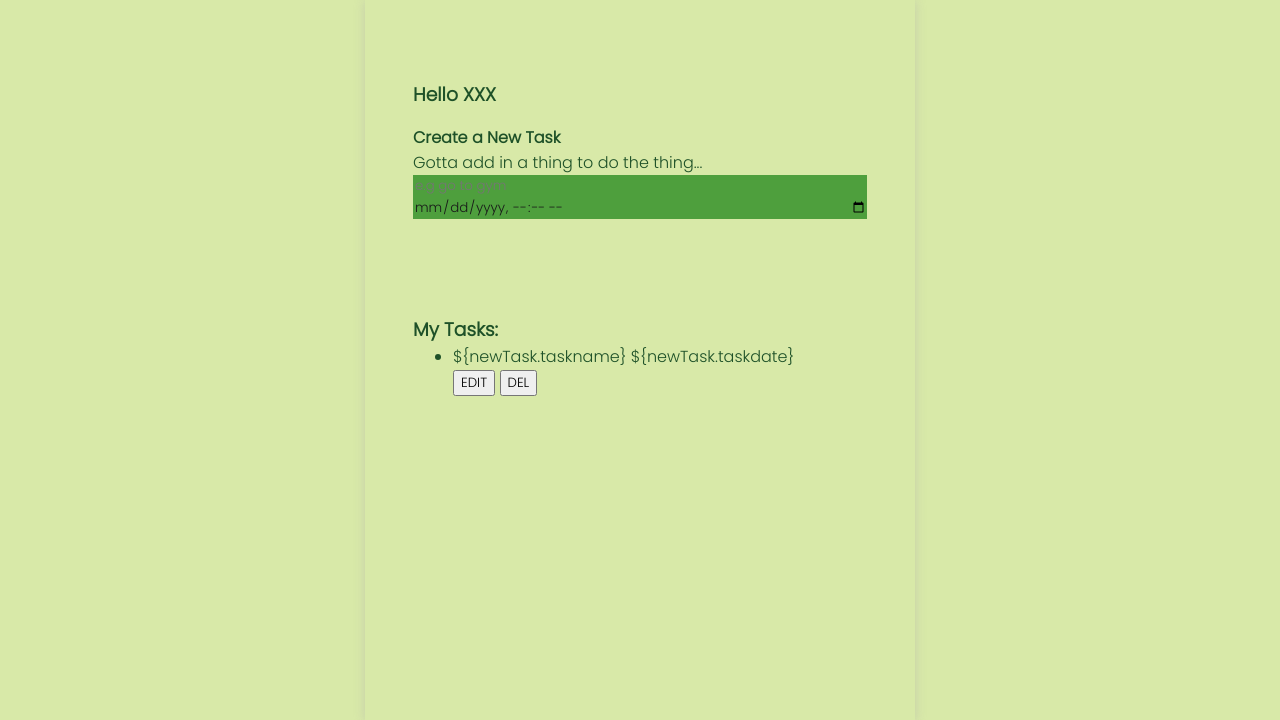
Repository: acidpixie/todo-app-version3
Page: index.html
An editor plug-in stored every save of this project. The page is shown before and after the next save, followed by the edit.
The browser window is 1280 px wide. The pictures show the whole page.

Above is the page before, as saved 2022-06-11 15:40:50.

### index.html
<!DOCTYPE html>
<html lang="en">
<head>
    <meta charset="UTF-8">
    <meta http-equiv="X-UA-Compatible" content="IE=edge">
    <meta name="viewport" content="width=device-width, initial-scale=1.0">
    <title>Todo Application</title>

    <link rel="stylesheet" type="text/css" href="/css/stylesheet.css">
    <script type="text/javascript" src="/js/script.js" defer></script>

    <!--google fonts - poppins-->
    <link rel="preconnect" href="https://fonts.googleapis.com">
    <link rel="preconnect" href="https://fonts.gstatic.com" crossorigin>
    <link href="https://fonts.googleapis.com/css2?family=Poppins:wght@200;300&display=swap" rel="stylesheet">


</head>
<body>

    <section>
        <header class="heading">
        <h3>Hello XXX</h3>
        </header>

        <div>
            <h4>Create a New Task</h4>
            <form>
                <label>Gotta add in a thing to do the thing...</label>
                <input type="text" id="input-task" placeholder="e.g go to gym">
                <input type="datetime-local" id="input-date">
                </label>
            </form>
       </div>
    </section>

    <section>
        <div id="display-tasks" class="display">
            <h3>My Tasks:</h3>
            <ul class="task-item" id="task-list">
                <li class="list-item" id="list-item" data-id="${newTask.taskId}">
                    <div class="list-container">
                        <span class="list-input" id="list-input">${newTask.taskname}</span>
                        <span class="list-date-input" id="list-date-input">${newTask.taskdate}</span>
                    </div>
                    <div class="list-buttons">
                        <button class="edit-item" id="edit-item">EDIT</button>
                        <button class="delete-item" id="delete-item">DEL</button>
                    </div>
                </li>
            </ul>
        </div>
    </section>


</body>
</html>

### css/stylesheet.css
/*color pallet
#191A19 - black
#1E5128 - dark green
#4E9F3D - light green
#D8E9A8 - whitish green gray
*/



* {
    box-sizing: border-box;
    font-family: "poppins", sans-serif;
    margin: 0;
}

body {
    background-color: #D8E9A8;
    color: #1E5128;
    max-width: 550px;
    min-height: 100vh;
    margin: auto;
    box-shadow: 0 1px 10px 0px rgba(176, 173, 173, 0.467);
    position: relative;
}


section {
    padding: 3rem;
}

.heading {
    padding-top: 2rem;
    padding-bottom: 1rem;
}

form {
    display: flex;
    flex-direction: column;
}

input {
    border: none;
    color: #191A19;
    background-color: #4E9F3D;
}

Loaded but not shown: js/script.js (no copy from this time; the picture is the same without it)

After the next save:
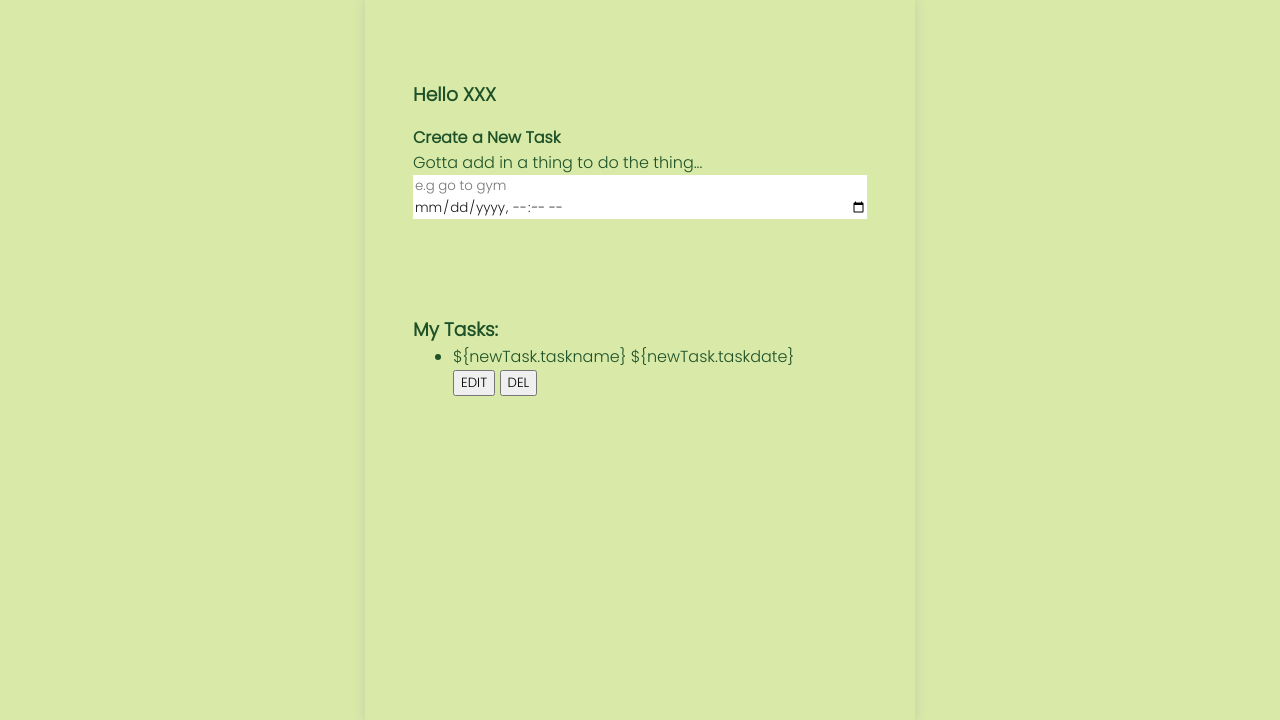
Saved 14 s later.
--- a/css/stylesheet.css
+++ b/css/stylesheet.css
@@ -41,5 +41,5 @@ form {
 input {
     border: none;
     color: #191A19;
-    background-color: #4E9F3D;
+    background-color: #whitesmoke;
 }
